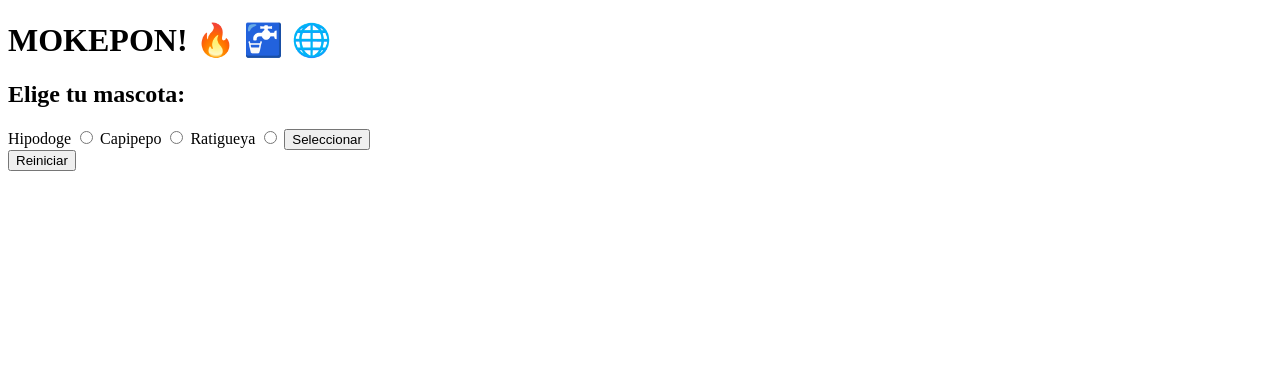
Repository: elto82/juegoMokepon
Page: mokepon/mokepon.html
An editor plug-in stored every save of this project. The page is shown before and after the next save, followed by the edit.
The browser window is 1280 px wide. The pictures show the whole page.

Above is the page before, as saved 2022-07-25 14:21:37.

### mokepon/mokepon.html
<!DOCTYPE html>
<html lang="en">

<head>
  <meta charset="UTF-8">
  <meta http-equiv="X-UA-Compatible" content="IE=edge">
  <meta name="viewport" content="width=device-width, initial-scale=1.0">
  <title>Mokepon</title>
  <script src="./js/mokepon.js"></script>
</head>

<body>
  <h1>MOKEPON! 🔥 🚰 🌐</h1>

  <section id="seleccionar-mascota">
    <h2>Elige tu mascota:</h2>

    <label for="hipodoge">Hipodoge</label>
    <input type="radio" name="mascota" id="hipodoge">

    <label for="capipepo">Capipepo</label>
    <input type="radio" name="mascota" id="capipepo">

    <label for="ratigueya">Ratigueya</label>
    <input type="radio" name="mascota" id="ratigueya">


    <button id="boton-mascota">Seleccionar</button>
  </section>

  <section id="seleccionar-ataque">
    <h2>Elige tu ataque:</h2>
    <p>Tu mascota <span id="mascota-jugador"></span> tiene <span id="vida-jugador">3</span> vidas</p>
    <p>la mascota <span id="mascota-enemigo"></span> del enemigo tiene <span id="vida-enemigo">3</span> vidas</p>
    <div>
      <button id="boton-fuego">Fuego 🔥</button>
      <button id="boton-agua">Agua 🚰</button>
      <button id="boton-tierra">Tierra 🌐</button>
    </div>
  </section>

  <section id="mensajes">
    <!--   <p>Tu mascota atacó con Fuego, las mascota del enemigo atacó con Tierra , ganaste 🎉</p>
 -->
  </section>

  <section id="reiniciar">
    <button id="boton-reiniciar">Reiniciar</button>

  </section>


</body>

</html>

### mokepon/js/mokepon.js
let ataqueJugador;
let ataqueEnemigo;
let vidasJugador = 3;
let vidasEnemigo = 3;

function iniciarJuego() {
  let sectionSeleccionarAtaque = document.getElementById('seleccionar-ataque')
  sectionSeleccionarAtaque.style.display = 'none'

  let botonMascotaJugador = document.getElementById("boton-mascota");
  botonMascotaJugador.addEventListener("click", seleccionarMascotaJugador);

  let botonFuego = document.getElementById("boton-fuego");
  botonFuego.addEventListener("click", ataqueFuego);
  let botonAgua = document.getElementById("boton-agua");
  botonAgua.addEventListener("click", ataqueAgua);
  let botonTierra = document.getElementById("boton-tierra");
  botonTierra.addEventListener("click", ataqueTierra);

  let botonReiniciar = document.getElementById("boton-reiniciar");
  botonReiniciar.addEventListener("click", reiniciarJuego);
}

function ataqueFuego() {
  ataqueJugador = "FUEGO";
  ataqueAleatorioEnemigo();
}

function ataqueAgua() {
  ataqueJugador = "AGUA";
  ataqueAleatorioEnemigo();
}

function ataqueTierra() {
  ataqueJugador = "TIERRA";
  ataqueAleatorioEnemigo();
}

function ataqueAleatorioEnemigo() {
  let ataqueAleatorio = aleatorio(1, 3);

  if (ataqueAleatorio == 1) {
    ataqueEnemigo = "FUEGO";
  } else if (ataqueAleatorio == 2) {
    ataqueEnemigo = "AGUA";
  } else {
    ataqueEnemigo = "TIERRA";
  }

  combate();
}

function combate() {
  let spanVidaJugador = document.getElementById("vida-jugador");
  let spanVidaEnemigo = document.getElementById("vida-enemigo");

  if (ataqueEnemigo == ataqueJugador) {
    crearMensaje("EMPATE.");
  } else if (ataqueJugador == "FUEGO" && ataqueEnemigo == "TIERRA") {
    crearMensaje("GANASTE.");
    vidasEnemigo--;
    spanVidaEnemigo.innerHTML = vidasEnemigo;
  } else if (ataqueJugador == "AGUA" && ataqueEnemigo == "FUEGO") {
    crearMensaje("GANASTE.");
    vidasEnemigo--;
    spanVidaEnemigo.innerHTML = vidasEnemigo;
  } else if (ataqueJugador == "TIERRA" && ataqueEnemigo == "AGUA") {
    crearMensaje("GANASTE.");
    vidasEnemigo--;
    spanVidaEnemigo.innerHTML = vidasEnemigo;
  } else {
    crearMensaje("PERDISTE.");
    vidasJugador--;
    spanVidaJugador.innerHTML = vidasJugador;
  }
  //revisar vidas
  revisarvidas();
}

function revisarvidas() {
  if (vidasEnemigo == 0) {
    crearMensajeFinal("FELICITACIONES! ganaste 🎉🎉🎉");
    alert("FELICITACIONES! ganaste 🎉🎉🎉");
  } else if (vidasJugador == 0) {
    crearMensajeFinal("LO SIENTO! perdiste 😥🥲😭");
    alert("LO SIENTO! perdiste 😥🥲😭");
  }
}

function crearMensajeFinal(resultadoFinal) {
  let sectionMensajes = document.getElementById("mensajes");

  let parrafo = document.createElement("p");
  parrafo.innerHTML = resultadoFinal;

  sectionMensajes.appendChild(parrafo);

  let botonFuego = document.getElementById("boton-fuego");
  botonFuego.disabled = true;
  let botonAgua = document.getElementById("boton-agua");
  botonAgua.disabled = true;
  let botonTierra = document.getElementById("boton-tierra");
  botonTierra.disabled = true;
}

function crearMensaje(resultado) {
  let sectionMensajes = document.getElementById("mensajes");

  let parrafo = document.createElement("p");
  parrafo.innerHTML = `Tu mascota atacó con ${ataqueJugador}, la mascota del enemigo ataco con ${ataqueEnemigo},${resultado}`;

  sectionMensajes.appendChild(parrafo);
}

function seleccionarMascotaJugador() {
  let sectionSeleccionarMascota = document.getElementById('seleccionar-mascota')
  sectionSeleccionarMascota.style.display = 'none'

  let sectionSeleccionarAtaque = document.getElementById('seleccionar-ataque')
  sectionSeleccionarAtaque.style.display = 'block'

  let inputHipodoge = document.getElementById("hipodoge");
  let inputCapipepo = document.getElementById("capipepo");
  let inputRatigueya = document.getElementById("ratigueya");

  let spanMascotaJugador = document.getElementById("mascota-jugador");

  if (inputHipodoge.checked) {
    spanMascotaJugador.innerHTML = "Hipodoge";
  } else if (inputCapipepo.checked) {
    spanMascotaJugador.innerHTML = "Capipepo";
  } else if (inputRatigueya.checked) {
    spanMascotaJugador.innerHTML = "Ratigueya";
  } else {
    alert("No has seleccionado una mascota");
    reiniciarJuego();
  }

  seleccionarMascotaEnemigo();
}

function aleatorio(min, max) {
  return Math.floor(Math.random() * (max - min + 1) + min);
}

function seleccionarMascotaEnemigo() {
  let mascotaAleatorio = aleatorio(1, 3);
  let spanMascotaEnemigo = document.getElementById("mascota-enemigo");

  if (mascotaAleatorio == 1) {
    //Hipodoge
    spanMascotaEnemigo.innerHTML = "Hipodoge";
  } else if (mascotaAleatorio == 2) {
    //Capipepo
    spanMascotaEnemigo.innerHTML = "Capipepo";
  } else {
    //Ratigueya
    spanMascotaEnemigo.innerHTML = "Ratigueya";
  }
}

function reiniciarJuego() {
  location.reload();
}

window.addEventListener("load", iniciarJuego);

After the next save:
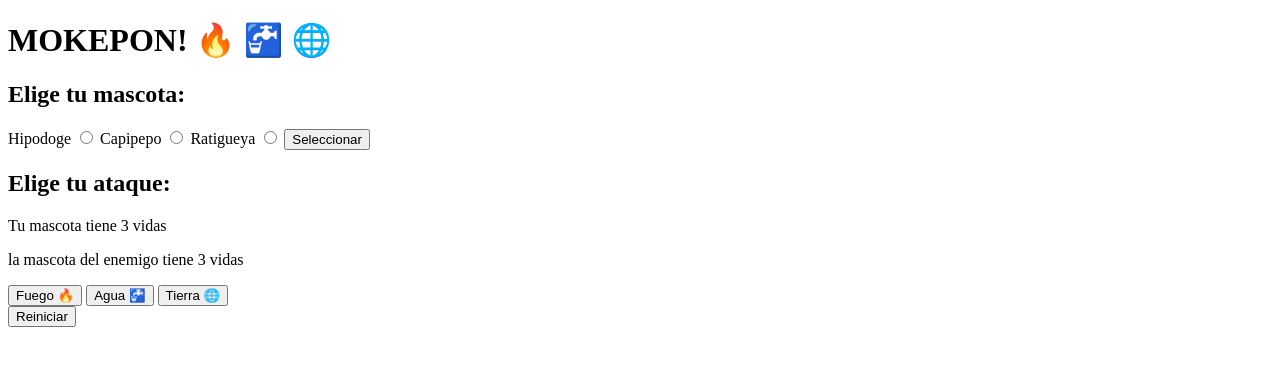
Console error: ReferenceError: Cannot access 'sectionSeleccionarAtaque' before initialization
Saved 2 min 26 s later.
--- a/mokepon/js/mokepon.js
+++ b/mokepon/js/mokepon.js
@@ -4,6 +4,9 @@
 let vidasEnemigo = 3;
 
 function iniciarJuego() {
+  let ocultarReinicio = document.getElementById('seleccionar-ataque')
+  sectionSeleccionarAtaque.style.display = 'none'
+
   let sectionSeleccionarAtaque = document.getElementById('seleccionar-ataque')
   sectionSeleccionarAtaque.style.display = 'none'
 

After the save that followed:
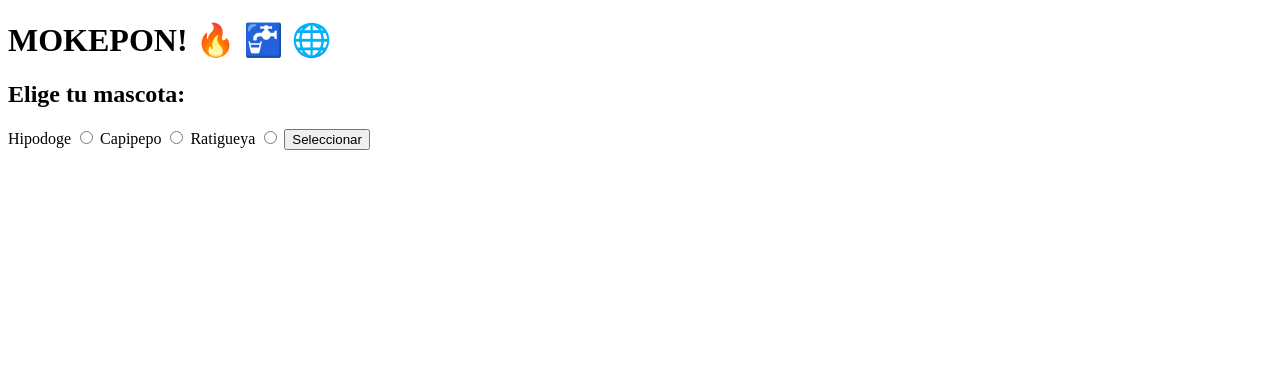
The error is gone.
Saved 22 s later.
--- a/mokepon/js/mokepon.js
+++ b/mokepon/js/mokepon.js
@@ -4,8 +4,8 @@
 let vidasEnemigo = 3;
 
 function iniciarJuego() {
-  let ocultarReinicio = document.getElementById('seleccionar-ataque')
-  sectionSeleccionarAtaque.style.display = 'none'
+  let ocultarReinicio = document.getElementById('reiniciar')
+  ocultarReinicio.style.display = 'none'
 
   let sectionSeleccionarAtaque = document.getElementById('seleccionar-ataque')
   sectionSeleccionarAtaque.style.display = 'none'
